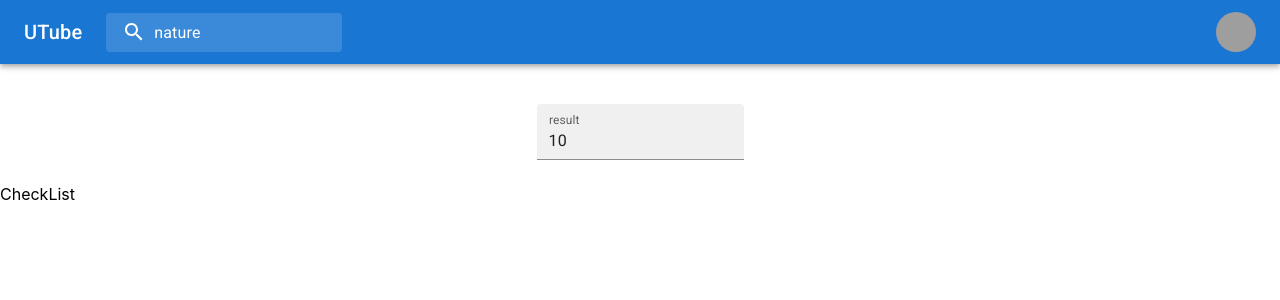
Repository: GokulDev4U/SocialBoatAssignment
Page: /
An editor plug-in stored every save of this project. The page is shown before and after the next save, followed by the edit.
The browser window is 1280 px wide. The pictures show the whole page.
Pictures or frames that could not be fetched are drawn as grey boxes. The page's requests for data from a server got no answer. The project was rebuilt for these pictures with package versions that can differ from the ones it lists, and the page was loaded fresh each time. No one was signed in, and anything a server would have sent is missing. Also part of the build but not shown: src/components/VideoCard.jsx.

Above is the page before, as saved 2022-05-20 17:02:43.

After the next save:
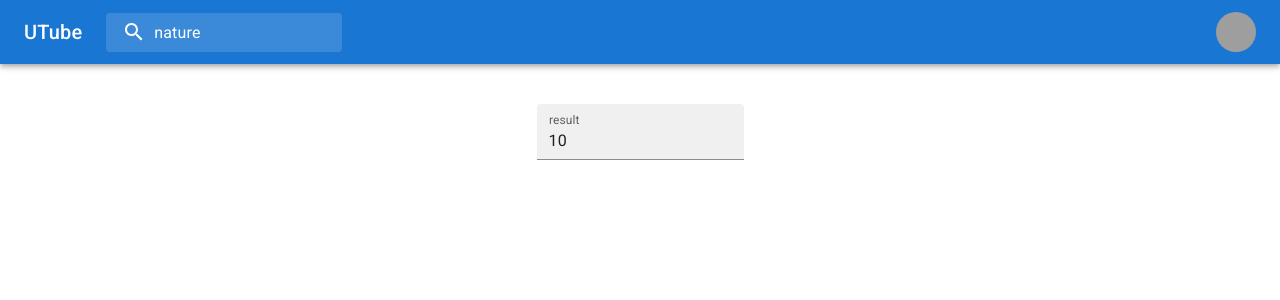
Saved 14 s later.
--- a/src/components/Header.jsx
+++ b/src/components/Header.jsx
@@ -20,7 +20,8 @@ export default function Header() {
 
             <VideoList fetchVideo={data} />
 
-            <CheckList data={data} />
+            {/* <CheckList data={data} /> */}
+
         </Box>
     );
 }
